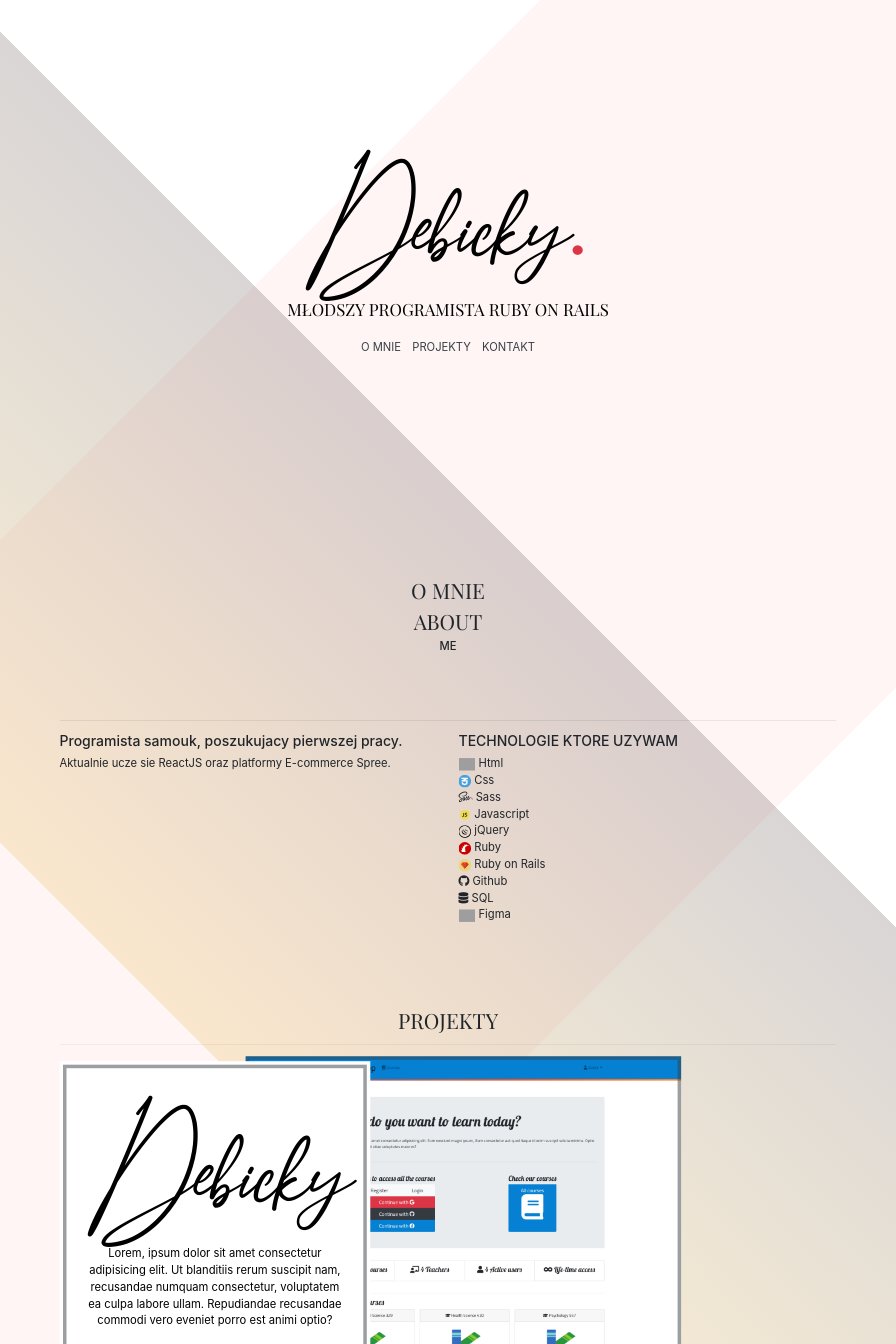
Repository: debicky/debicky.github.io
Page: index.html
The author's editor kept a copy of each file at every save. The page is drawn from the files as they stood at one save, then again after the next save.
The browser window is 1280 px wide. The pictures show the part of the page from y = 0 to 1920 px (the page is 4239 px tall), at 70% of full size.
Pictures or frames that could not be fetched are drawn as grey boxes. Some web libraries are served in a nearby version.

Above is the page before, as saved 2020-06-14 12:25:37.

After the next save:
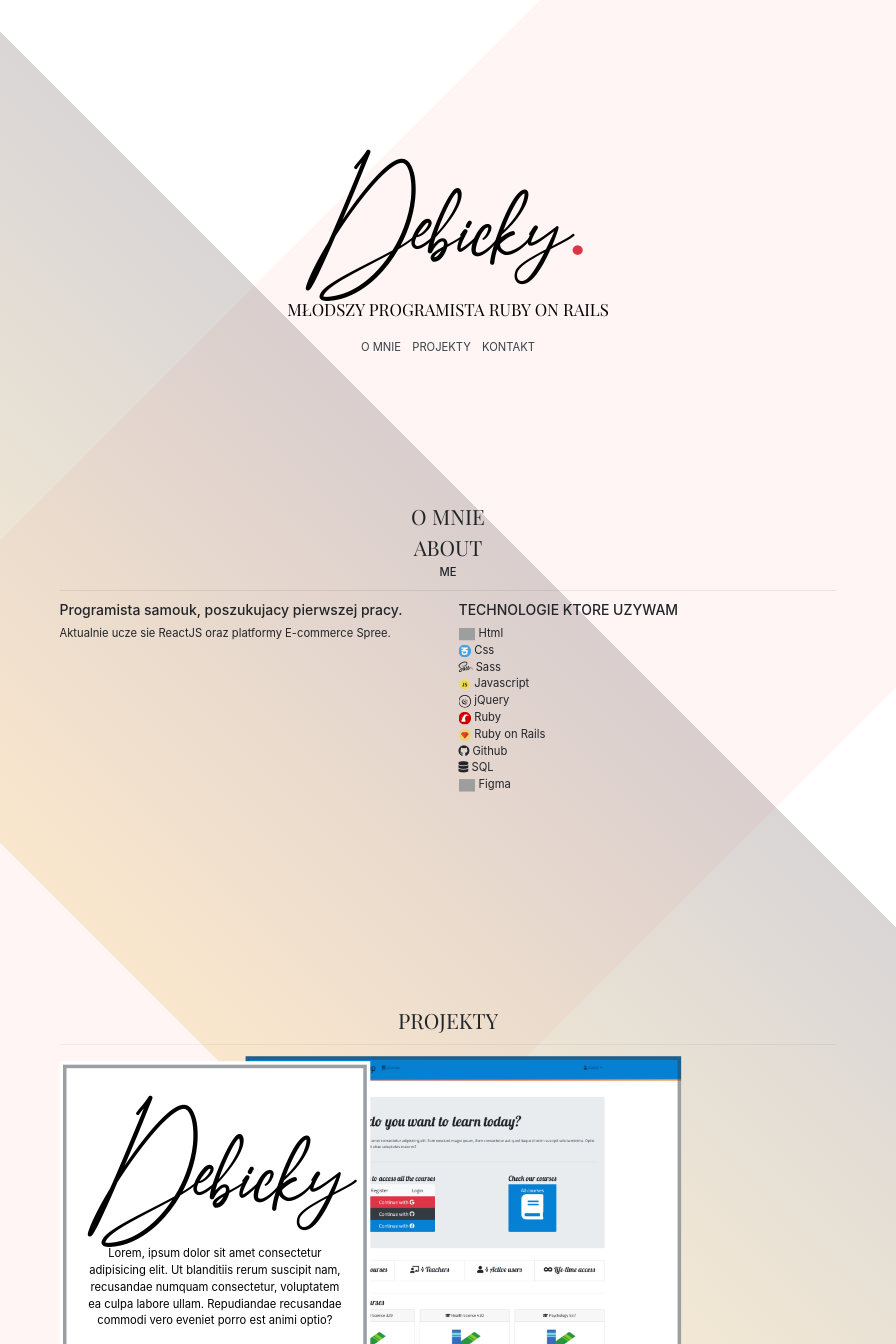
Saved 11 s later.
--- a/styles.css
+++ b/styles.css
@@ -99,16 +99,11 @@ header{
 .about-heading {
   text-align: center;
   text-transform: uppercase;
-  line-height: 0;
-  margin-bottom: 6rem;
-
+  line-height: 0 !important;
 }
 
 .about{
   height: 100vh;
-  display: flex;
-  align-items: center;
-  justify-content: center;
 }
 
 .about img{
